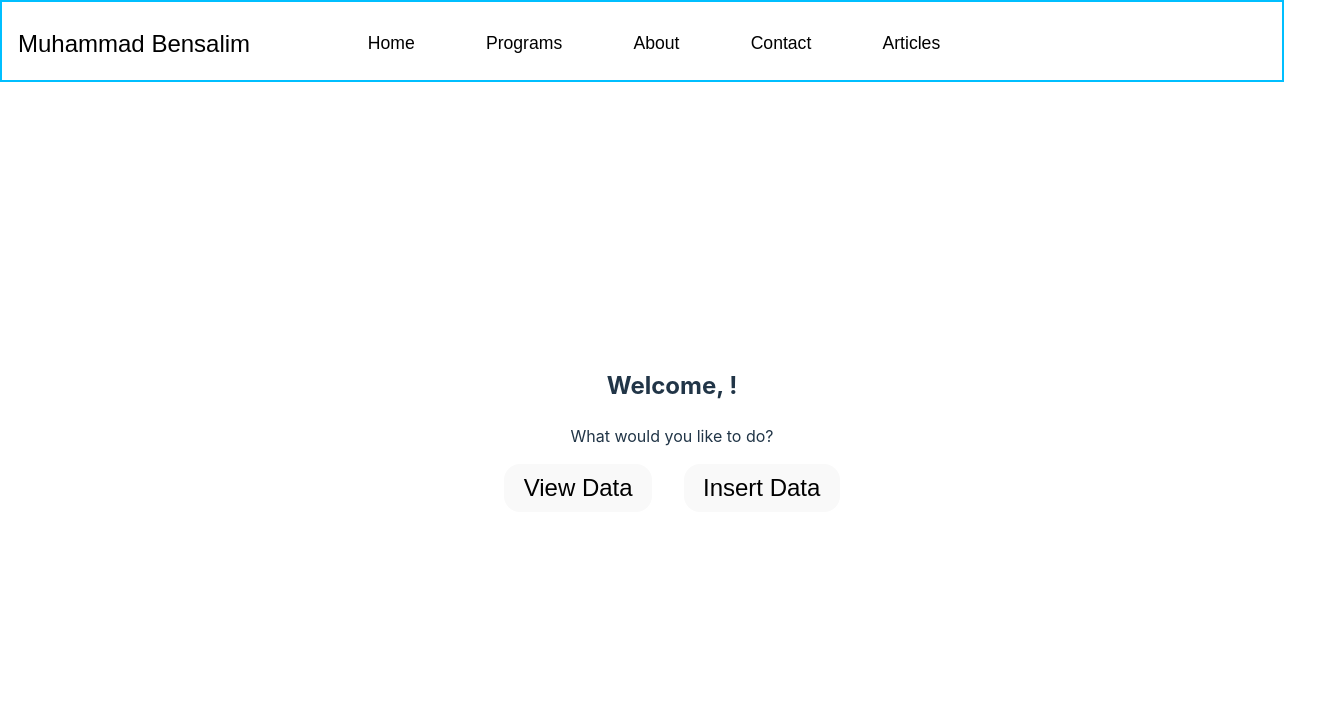
Repository: TMuse333/fitness_templates
Page: /progress
The author's editor kept a copy of each file at every save. The page is drawn from the files as they stood at one save, then again after a run of saves.
The browser window is 1280 px wide. The page is 1344 px wide, so the pictures cover 1344 px, including what lies to the right of the window. The pictures show the whole page.
The project was rebuilt for these pictures with package versions that can differ from the ones it lists, and the page was loaded fresh each time. Also part of the build but not shown: vite.config.js, src/components/herobanner/herobanner.css, src/components/herobanner/herobanner.jsx, src/components/about/about.css, src/components/about/about.jsx, src/components/serviceOffering/serviceOffering.css, src/components/serviceOffering/serviceOffering.jsx, src/components/content/content.css and 38 more. Imported but missing from the stored project, and not drawn on this page: src/media/best_dunk.mp4.

Above is the page before, as saved 2024-03-14 18:32:39.

After the next 3 saves:
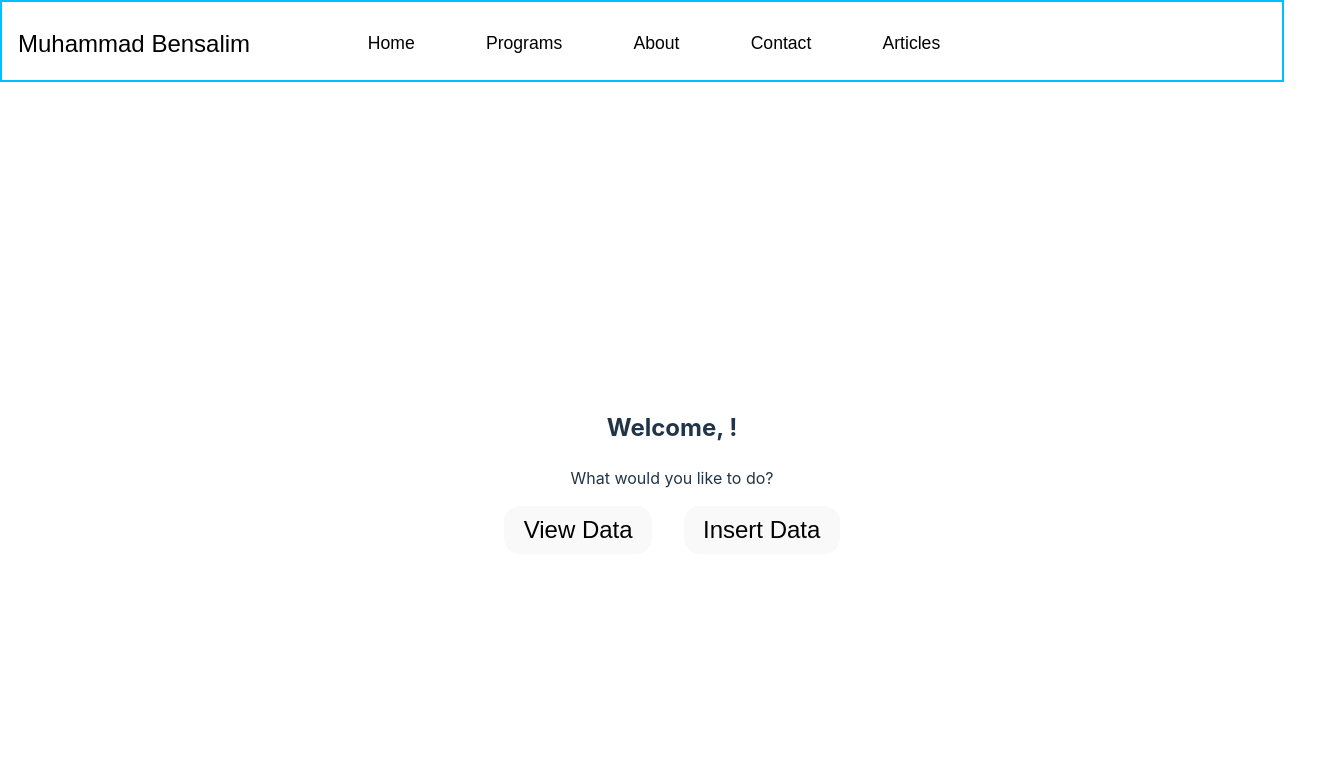
The 3 saves are shown as one change because they came seconds apart.
The last was saved 2 min 10 s later.
--- a/src/App.css
+++ b/src/App.css
@@ -34,9 +34,11 @@
   overflow-x: hidden;
 }
 
-.progress-container{
-
-
+.progress-container {
+  display: flex;
+  justify-content: center; /* Horizontally center content */
+  align-items: center; /* Vertically center content */
+  height: 100vh; /* Set height to 100% of the viewport height */
 }
 
 .program-video{
